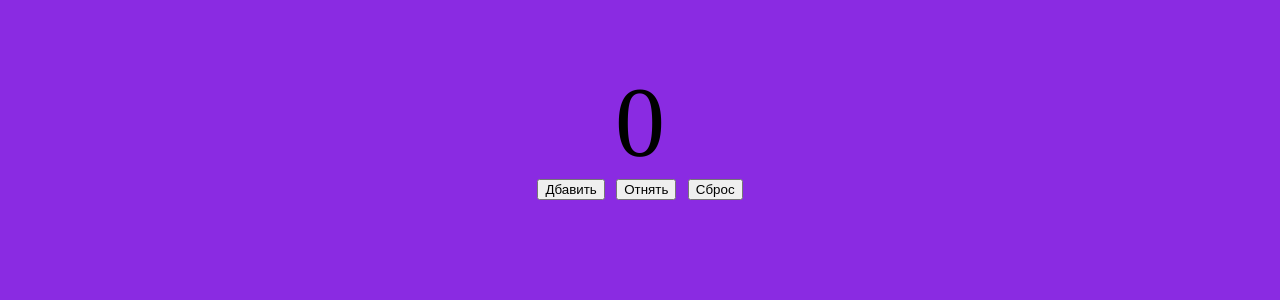
Repository: Denzoll/redux-toolkit-counter
Page: /
These files come from the project's save history. The page is drawn as it stood at one moment and after a run of saves; the edit follows.
The browser window is 1280 px wide. The pictures show the whole page.
The project was rebuilt for these pictures with package versions that can differ from the ones it lists, and the page was loaded fresh each time. Also part of the build but not shown: src/index.css.

Above is the page before, as saved 2022-06-27 13:34:34.

After the next 4 saves:
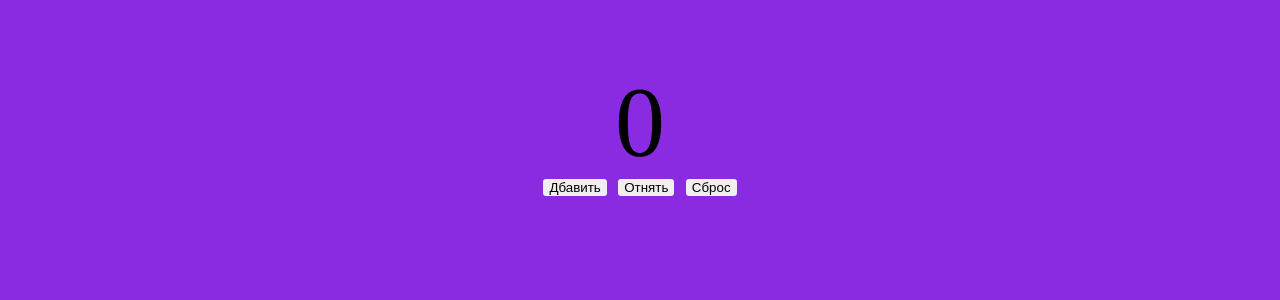
The 4 saves are shown as one change because they came seconds apart.
The last was saved 11 s later.
--- a/src/App.css
+++ b/src/App.css
@@ -24,5 +24,6 @@ body {
 
 }
 button {
-  bor
+  border: none;
+  border-radius: 3px;
 }
